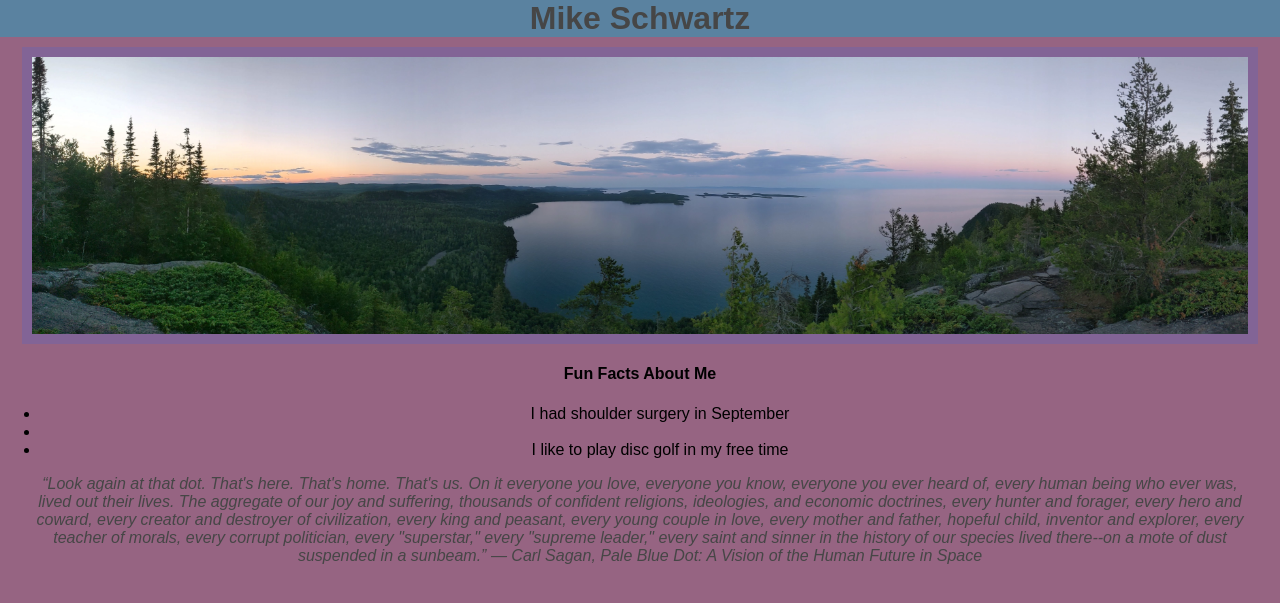
Repository: Ellusionism/prime-pw-week-1-assignment
Page: assignment/index.html
An editor plug-in stored every save of this project. The page is shown before and after the next save, followed by the edit.
The browser window is 1280 px wide. The pictures show the whole page.

Above is the page before, as saved 2022-10-26 16:17:09.

### assignment/index.html
<!DOCTYPE html>
<html>
<head>
    <meta charset="utf-8" />
    <meta http-equiv="X-UA-Compatible" content="IE=edge">
    <!-- Change the <title> from "Page Title" to "Hello World" -->
    <title>Hello World</title>
    <meta name="viewport" content="width=device-width, initial-scale=1">

    <link rel="stylesheet" type="text/css" media="screen" href="style.css" />
</head>
<body>
    <!-- Create a header element  -->
    <header>
        <h1 class="name">Mike Schwartz</h1>
    </header>
    <!-- Inside the header, add an <h1> element containing your name -->

    <!-- Include an image -->
    <div class="container">
        <img src="mtjosephine.jpg" alt="Mount Josephine summit view" class="img">
        <h4 class="facts">Fun Facts About Me</h4>
        <ul class="facts-list">
            <li>I had shoulder surgery in September</li>
            <li></li>
            <li>I like to play disc golf in my free time</li>
        </ul>
    </div>
    <!-- Create an unordered list with 3 list items of fun facts about you -->

    <!-- Create a footer element -->
    <footer class="fav-quote clearfix">
        <p>“Look again at that dot. That's here. That's home. That's us. On it everyone you love, everyone you know, everyone you ever heard of, every human being who ever was, lived out their lives. The aggregate of our joy and suffering, thousands of confident religions, ideologies, and economic doctrines, every hunter and forager, every hero and coward, every creator and destroyer of civilization, every king and peasant, every young couple in love, every mother and father, hopeful child, inventor and explorer, every teacher of morals, every corrupt politician, every "superstar," every "supreme leader," every saint and sinner in the history of our species lived there--on a mote of dust suspended in a sunbeam.”
            ― Carl Sagan, Pale Blue Dot: A Vision of the Human Future in Space</p>
    </footer>
    <!-- Inside your footer, put a <p> element with your favorite quote -->
</body>
</html>

### assignment/style.css
/* Give your page a fun background color */
body {
 background-color: rgb(150, 100, 130);
 margin: 0;
 font-family: Arial, Helvetica, sans-serif;
}
/* Make the header and footer a different color from the background */
header {
 background-color: rgb(90, 130, 160);
 margin-bottom: 10px;
}
/* Align the h1 containing your name in the center of the header*/
.name {
 color:rgb(70, 70, 70);
 text-align: center;
 margin: 0;
}
/* Make your p tag a different color and italic */
.fav-quote {
 margin: 0 2.5%;
 color: rgb(70, 70, 70);
 font-style: italic;
 text-align: center;

}
/* Put a border around your image */
.img {
 border: 10px solid  rgb(130, 100, 150);
 padding: 0;
 display: block;
 margin: auto;
 max-height: 100%;
 max-width: 95%;
}
/* Change the font-family of your list */
.fun-facts {
 color: #fff;
 font-family:'Gill Sans', 'Gill Sans MT', Calibri, 'Trebuchet MS', sans-serif;
 position: absolute;
 top: 50%;
 left: 50%;
 transform: translate(-45%, -250%);
}

.fun-facts-list {
 color: #fff;
 font-family:'Gill Sans', 'Gill Sans MT', Calibri, 'Trebuchet MS', sans-serif;
 position: absolute;
 top: 50%;
 left: 50%;
 transform: translate(-50%, -25%);
}

 .container {
  position: relative;
  text-align: center;
 }

After the next save:
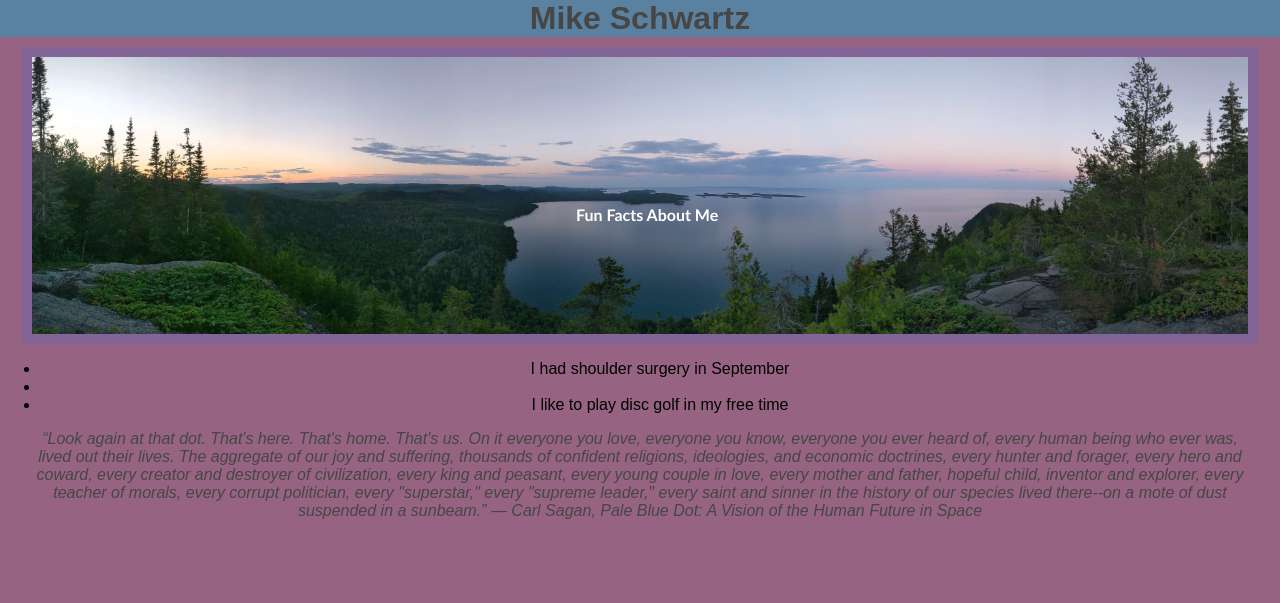
Saved 5 s later.
--- a/assignment/style.css
+++ b/assignment/style.css
@@ -33,7 +33,7 @@ header {
  max-width: 95%;
 }
 /* Change the font-family of your list */
-.fun-facts {
+.facts {
  color: #fff;
  font-family:'Gill Sans', 'Gill Sans MT', Calibri, 'Trebuchet MS', sans-serif;
  position: absolute;
